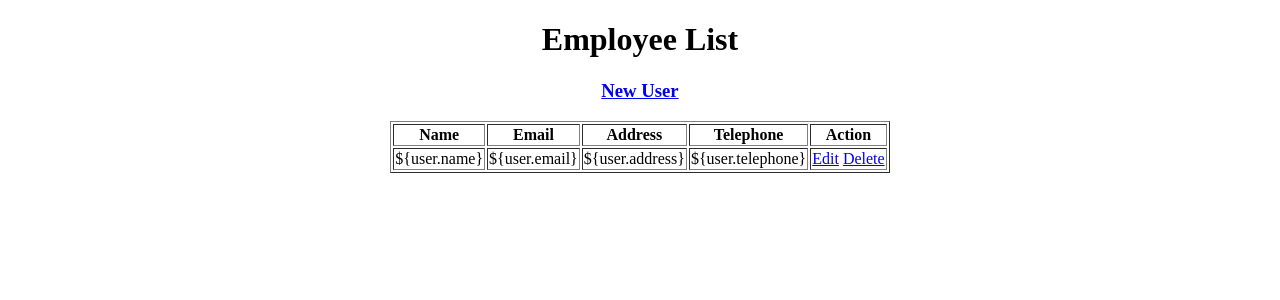
Repository: Sonalitanika/Assigment_IT17048842
Page: Lab09/WebContent/UserRegis.html
These files come from the project's save history. The page is drawn as it stood at one moment and after the next save; the edit follows.
The browser window is 1280 px wide. The pictures show the whole page.

Above is the page before, as saved 2019-05-25 16:46:05.

### Lab09/WebContent/UserRegis.html

<!DOCTYPE html>
<html>
<head>
<meta charset="utf-8">
<title>Insert title here</title>
<script type="text/javascript" src="js/jquery-3.4.1.min.js"></script>
</head>
<body>
 <div align="center">
        <h1>Employee List</h1>
        <h3>
            <a href="newUser">New User</a>
        </h3>
        <table border="1">

            <th>Name</th>
            <th>Email</th>
            <th>Address</th>
            <th>Telephone</th>
            <th>Action</th>

            <c:forEach var="User" items="${listUser}">
                <tr>

                    <td>${user.name}</td>
                    <td>${user.email}</td>
                    <td>${user.address}</td>
                    <td>${user.telephone}</td>
                    <td><a href="editUser?id=${user.id}">Edit</a>
                             <a
                        href="deleteUser?id=${user.id}">Delete</a></td>

                </tr>
            </c:forEach>
        </table>
    </div>
</body>
</html>

Loaded but not shown: Lab09/WebContent/js/jquery-3.4.1.min.js (library)

After the next save:
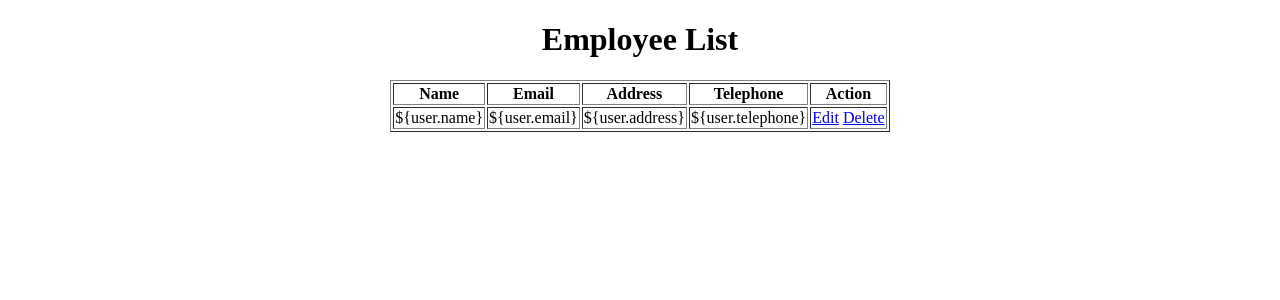
Saved 56 s later.
--- a/Lab09/WebContent/UserRegis.html
+++ b/Lab09/WebContent/UserRegis.html
@@ -10,7 +10,7 @@
  <div align="center">
         <h1>Employee List</h1>
         <h3>
-            <a href="newUser">New User</a>
+
         </h3>
         <table border="1">
 
